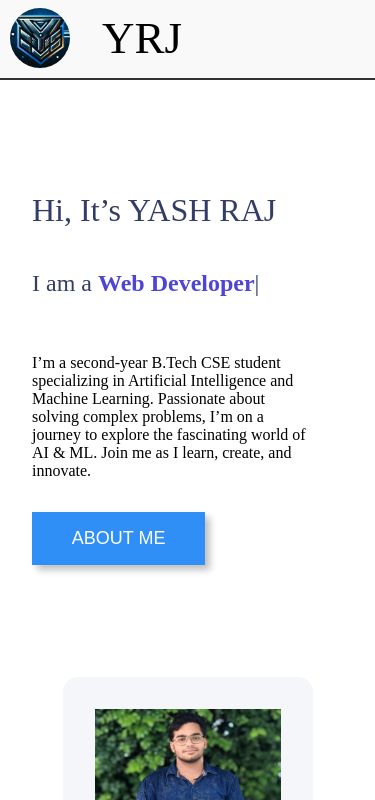
Repository: yrajha18/PeerShelf
Page: Desktop/WEB DEV/Portfolio/index.html
These files come from the project's save history. The page is drawn as it stood at one moment and after the next save; the edit follows.
The browser window is 375 px wide. The pictures show the whole page.
An inner scrolling area shows only its first screen. Some web libraries are served in a nearby version.

Above is the page before, as saved 2024-09-18 18:06:31.

After the next save:
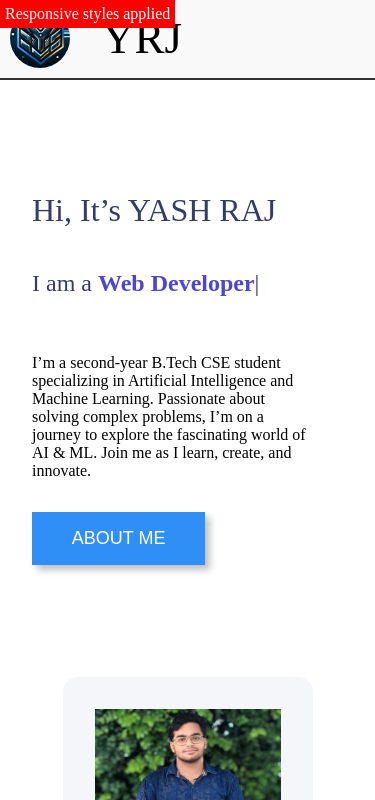
Saved 111 s later.
--- a/Desktop/WEB DEV/Portfolio/styles.css
+++ b/Desktop/WEB DEV/Portfolio/styles.css
@@ -616,24 +616,107 @@ a {
   }
 }
 
+/* Verification style */
+body::before {
+  content: "Responsive styles applied";
+  position: fixed;
+  top: 0;
+  left: 0;
+  background: red;
+  color: white;
+  padding: 5px;
+  z-index: 9999;
+}
+
+/* Rest of the responsive styles... */
+
+/* Remove the verification style if it's working */
+
+/* Responsive styles for hero section and skills section */
+
+@media screen and (max-width: 1024px) {
+  body .hero-section {
+    flex-direction: column;
+    align-items: center;
+    padding: 2rem;
+  }
+
+  body .hero-section-left,
+  body .hero-section-right {
+    width: 100%;
+    max-width: 600px;
+    margin: 1rem 0;
+  }
+
+  body .faded-text {
+    font-size: 5rem;
+    bottom: -5%;
+    left: 0;
+  }
+
+  body .user-image {
+    max-width: 300px;
+    margin: 0 auto;
+  }
+
+  body .skills-container {
+    flex-direction: column;
+    padding: 2rem;
+  }
+
+  body .skills-left,
+  body .skills-right {
+    width: 100%;
+    margin-bottom: 2rem;
+  }
+}
+
+@media screen and (max-width: 768px) {
+  body .hero-section-heading {
+    font-size: 2.5rem;
+  }
+
+  body .hero-section-subheading {
+    font-size: 1.8rem;
+  }
+
+  body .hero-section-description {
+    font-size: 1rem;
+  }
+
+  body .faded-text {
+    font-size: 4rem;
+  }
+
+  body .skills-content {
+    display: flex;
+    flex-wrap: wrap;
+  }
+
+  body .skill-category {
+    width: 48%;
+    margin-bottom: 1rem;
+  }
+}
+
 @media screen and (max-width: 480px) {
-  .hero-section-heading {
+  body .hero-section-heading {
     font-size: 2rem;
   }
 
-  .hero-section-subheading {
+  body .hero-section-subheading {
     font-size: 1.5rem;
   }
 
-  .faded-text {
+  body .faded-text {
     font-size: 3rem;
   }
 
-  .user-image-container {
+  body .user-image {
     max-width: 250px;
   }
 
-  .skill-category {
+  body .skill-category {
     width: 100%;
   }
 }
